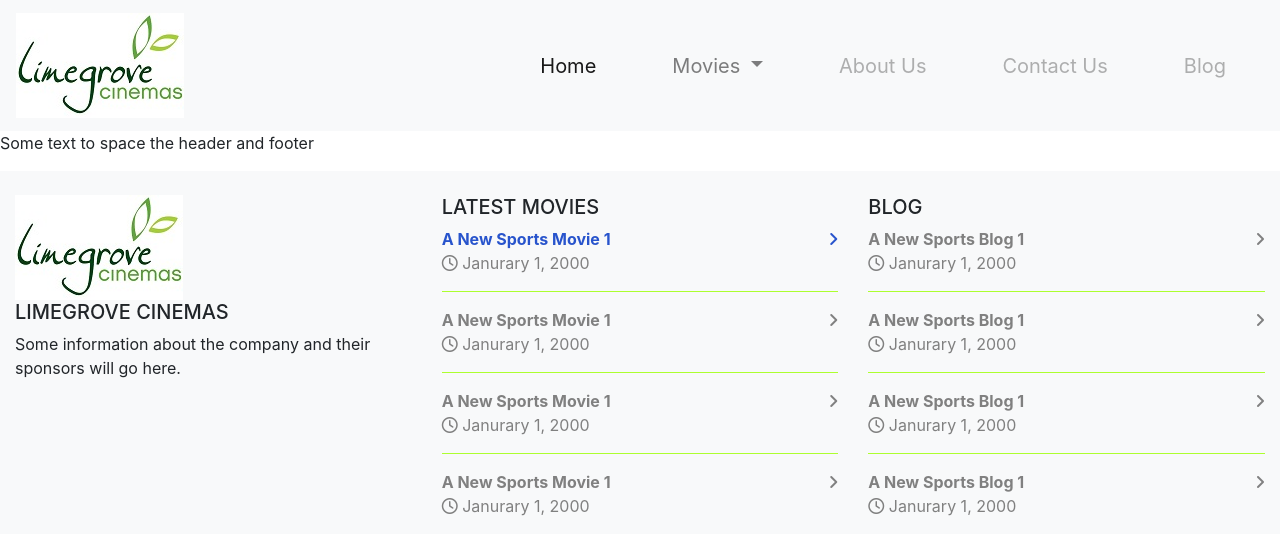
Repository: SimplyZacc/movie-web-template
Page: http://localhost/
The author's editor kept a copy of each file at every save. The page is drawn from the files as they stood at one save, then again after the next save.
The browser window is 1280 px wide. The pictures show the whole page.
The pointer rests on the first visible `.footer-link`.
Some web libraries are served in a nearby version. The page is run by PHP 8.4 with error messages shown; the project is at /var/www/html/.

Above is the page before, as saved 2020-03-28 11:35:36.

After the next save:
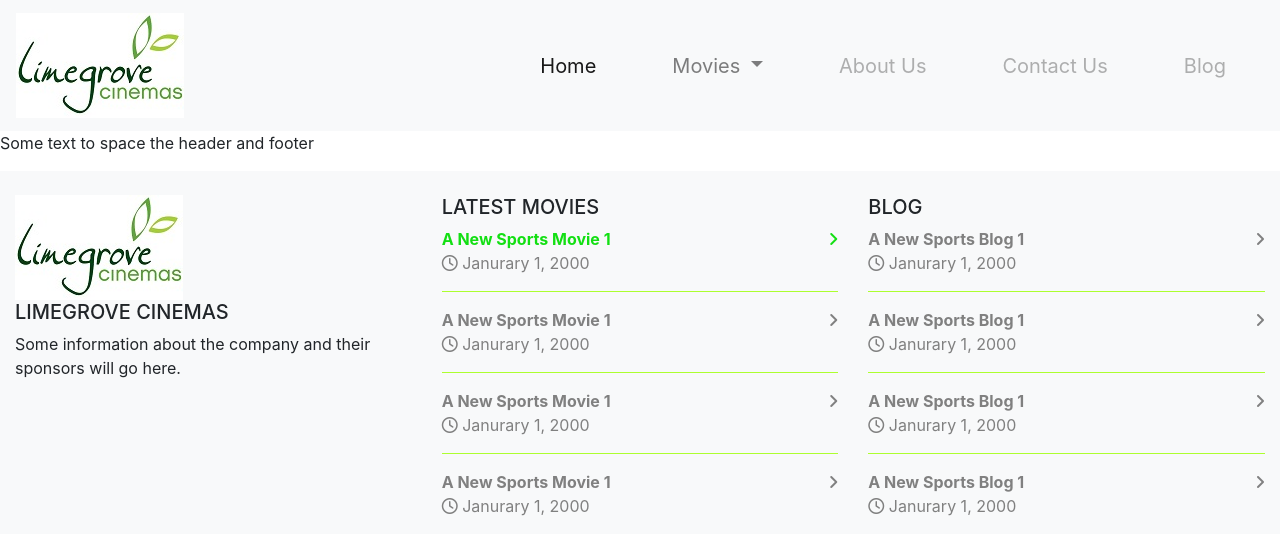
Saved 42 s later.
--- a/assets/css/styles.css
+++ b/assets/css/styles.css
@@ -14,7 +14,7 @@
 
 .footer-link:hover{
     text-decoration: none;
-    color: #2854cc;
+    color: #13df13;
     transition-duration: 0.5s;
 }
 
